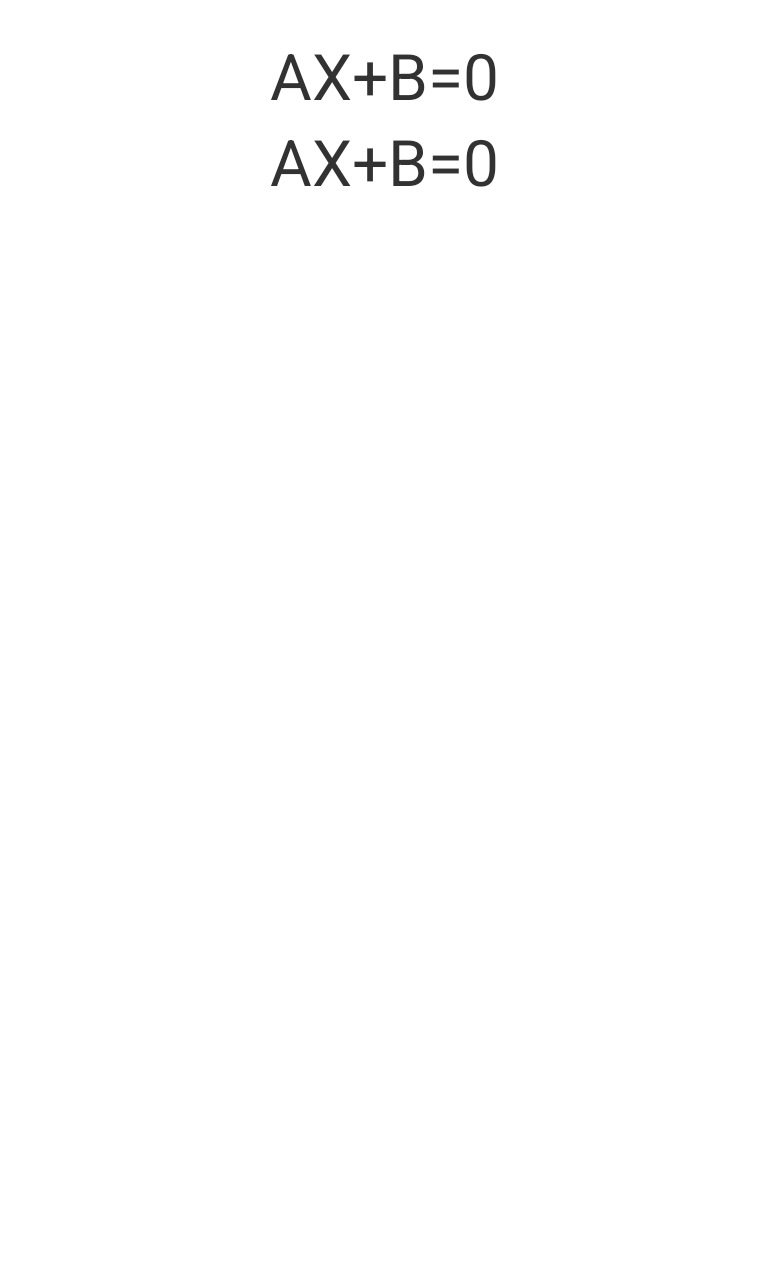
Repository: erickluz/Android
Layout: EquacaoPrimeiroGrau/res/layout/activity_main.xml
The author's editor kept a copy of each file at every save. The layout is drawn from the files as they stood at one save, then again after the next save.
It is drawn on a 768 x 1280 px phone screen (xhdpi) without system bars, with theme AppTheme; the app's code is not run.

Above is the layout before, as saved 2016-03-14 23:29:41.

After the next save:
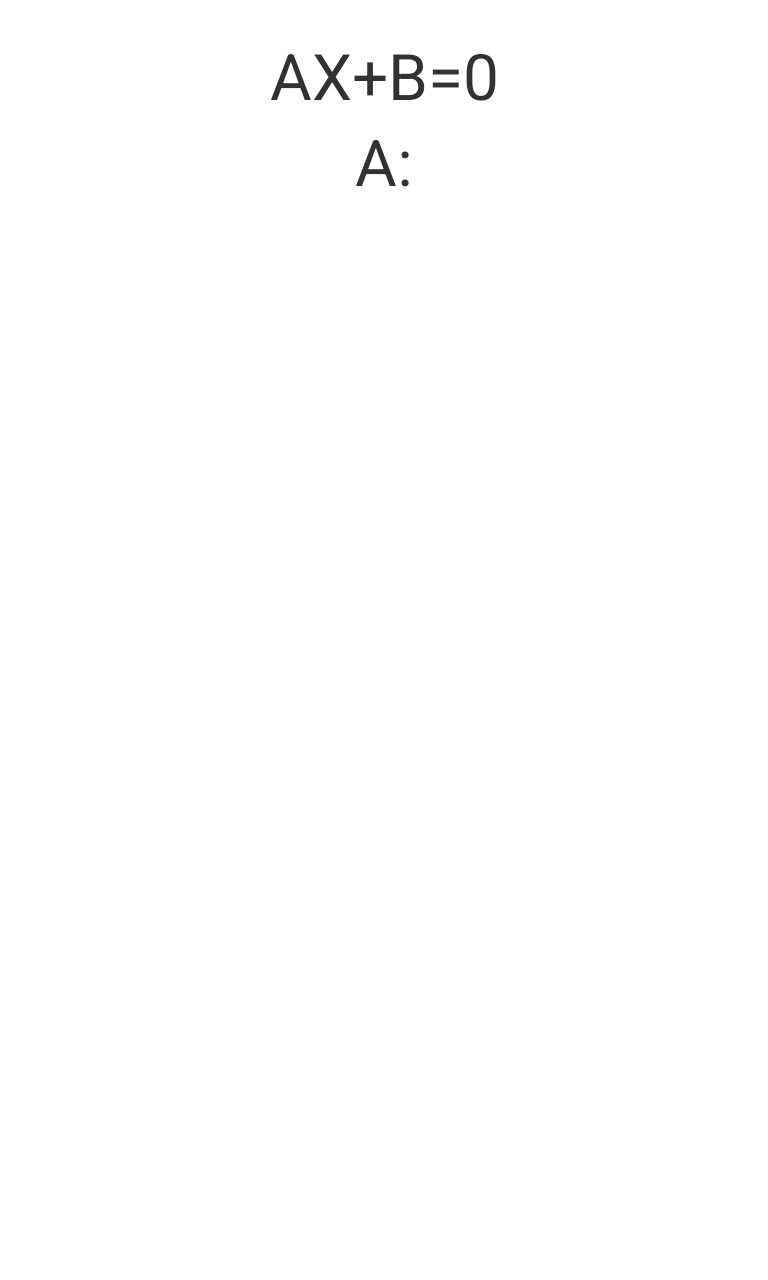
Saved 3 s later.
--- a/EquacaoPrimeiroGrau/res/layout/activity_main.xml
+++ b/EquacaoPrimeiroGrau/res/layout/activity_main.xml
@@ -21,6 +21,6 @@
         android:gravity="center"
         android:layout_height="wrap_content"
         android:textSize="32sp"
-        android:text="@string/equacao" />
+        android:text="@string/A" />
 
 </LinearLayout>
